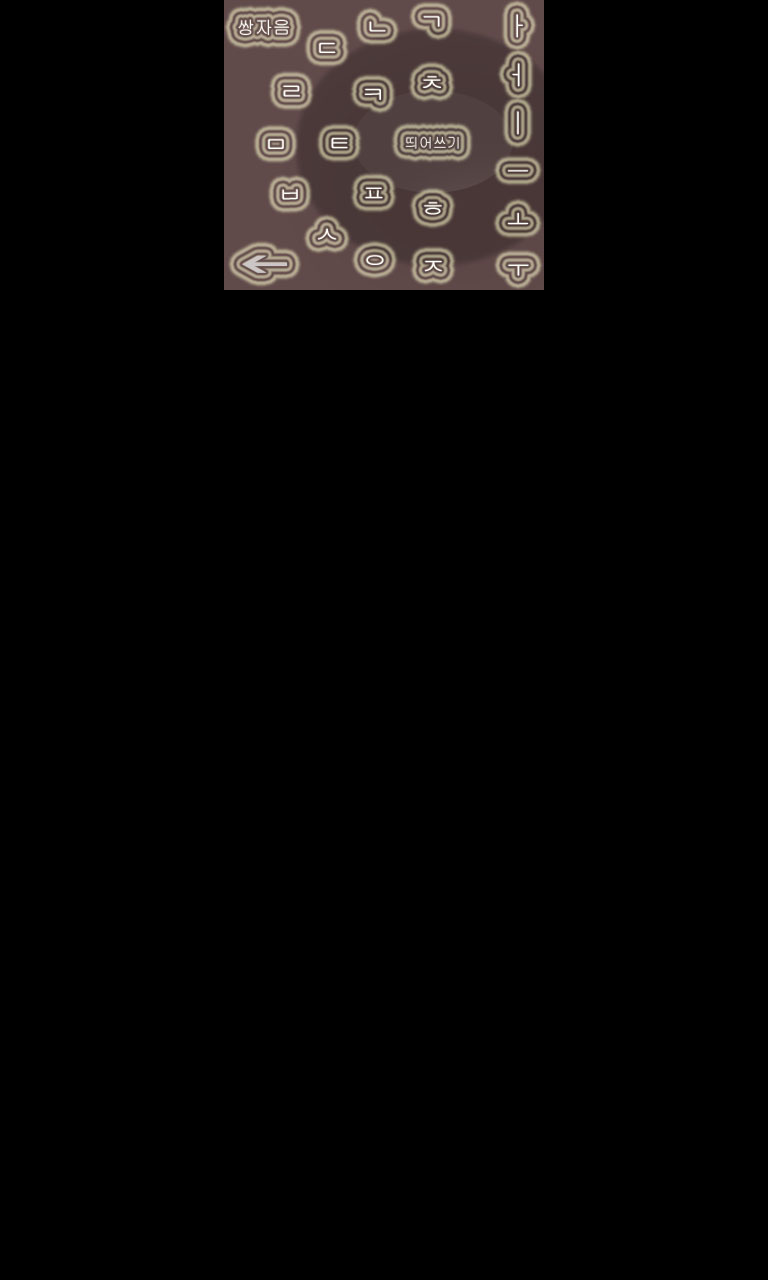
Repository: sjy2090/ManqlKorean
Layout: Bear/res/layout/main.xml
The author's editor kept a copy of each file at every save. The layout is drawn from the files as they stood at one save, then again after a run of saves.
It is drawn on a 768 x 1280 px phone screen (xhdpi) without system bars, with theme android:Theme.Holo; the app's code is not run.

Above is the layout before, as saved 2012-05-30 06:17:53.

### Bear/res/layout/main.xml
<?xml version="1.0" encoding="utf-8"?>
<LinearLayout xmlns:android="http://schemas.android.com/apk/res/android"
    android:layout_width="fill_parent"
    android:layout_height="fill_parent"
    android:orientation="vertical" >

    <ImageView android:id="@+id/icccon"
        android:layout_width="fill_parent"
        android:layout_height="wrap_content"
        android:src="@drawable/korean_keyboard"
        />

</LinearLayout>

After the next 2 saves:
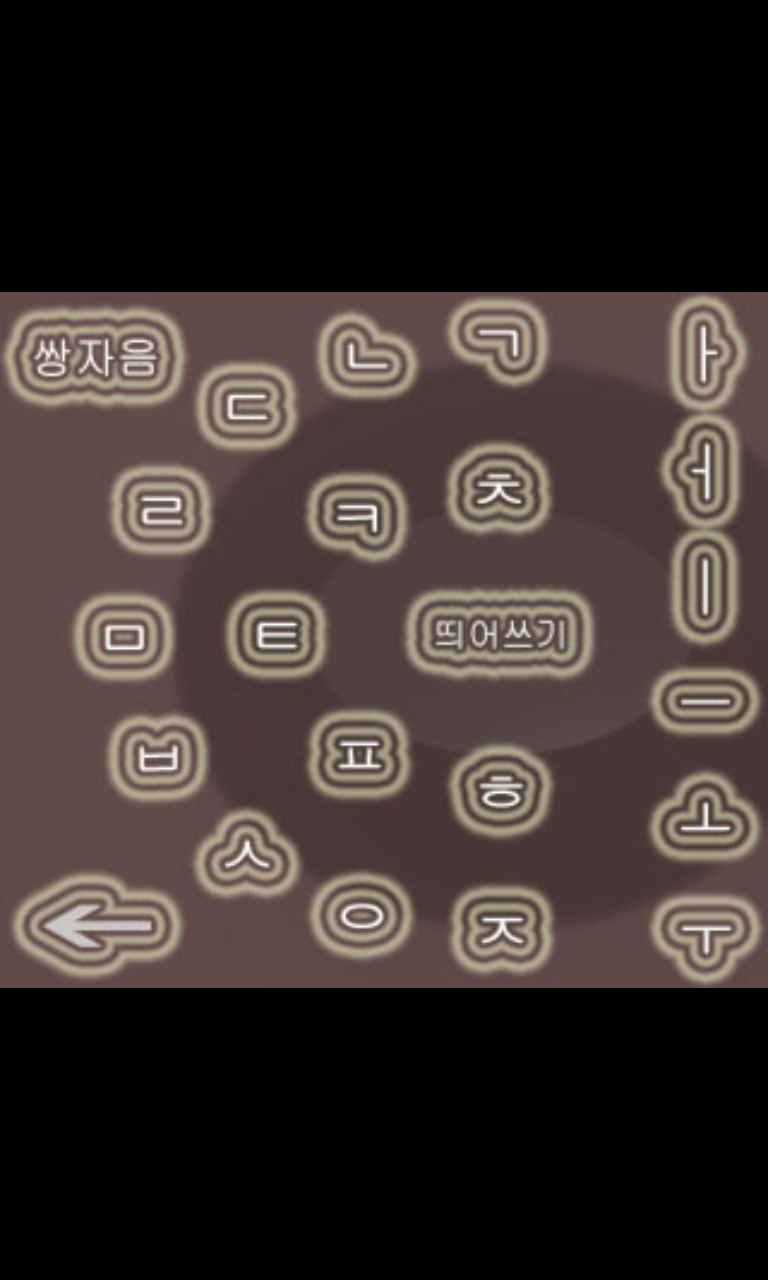
The 2 saves are shown as one change because 1 did not build or start.
The last was saved 89 s later.
--- a/Bear/res/layout/main.xml
+++ b/Bear/res/layout/main.xml
@@ -6,7 +6,8 @@
 
     <ImageView android:id="@+id/icccon"
         android:layout_width="fill_parent"
-        android:layout_height="wrap_content"
+        android:layout_height="fill_parent"
+        android:layout_gravity="bottom"
         android:src="@drawable/korean_keyboard"
         />
 

After the save that followed:
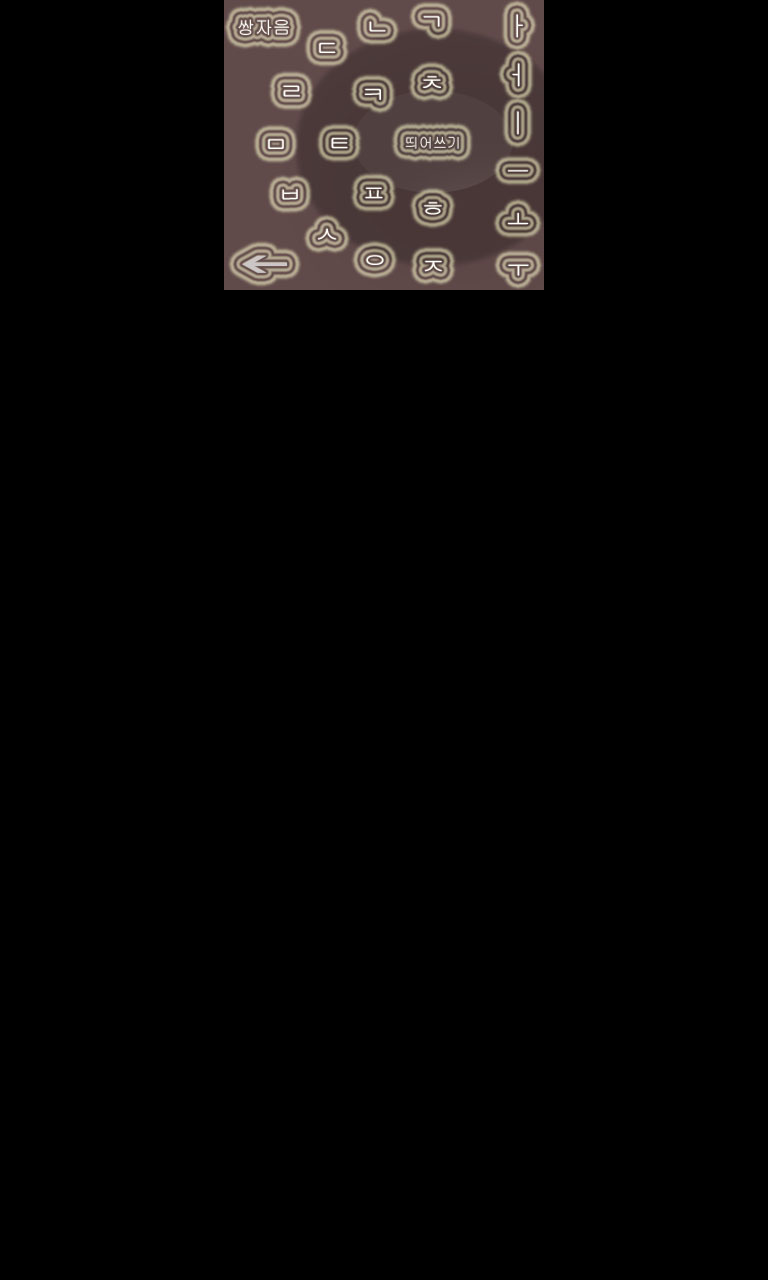
Saved 21 s later.
--- a/Bear/res/layout/main.xml
+++ b/Bear/res/layout/main.xml
@@ -6,7 +6,7 @@
 
     <ImageView android:id="@+id/icccon"
         android:layout_width="fill_parent"
-        android:layout_height="fill_parent"
+        android:layout_height="wrap_content"
         android:layout_gravity="bottom"
         android:src="@drawable/korean_keyboard"
         />
